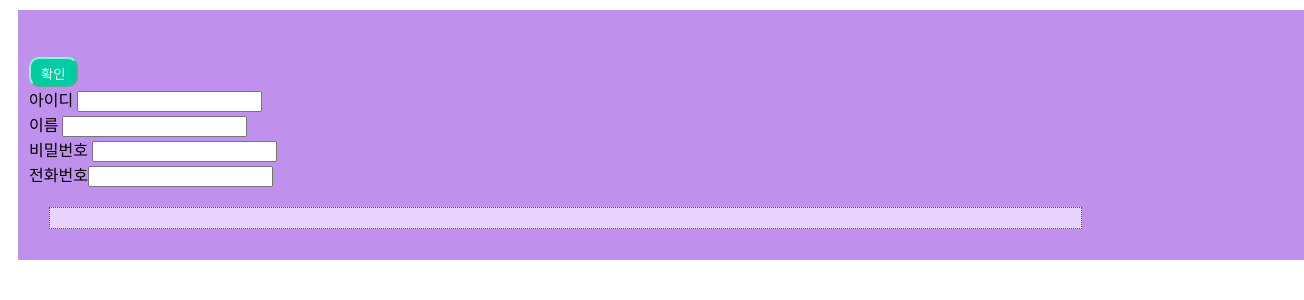
Repository: jinsoo115/jquery
Page: jqpro/WebContent/0201/ajax비동기통신.html
An editor plug-in stored every save of this project. The page is shown before and after the next save, followed by the edit.
The browser window is 1280 px wide. The page is 1304 px wide, so the pictures cover 1304 px, including what lies to the right of the window. The pictures show the whole page.

Above is the page before, as saved 2021-02-01 03:32:44.

After the next save:
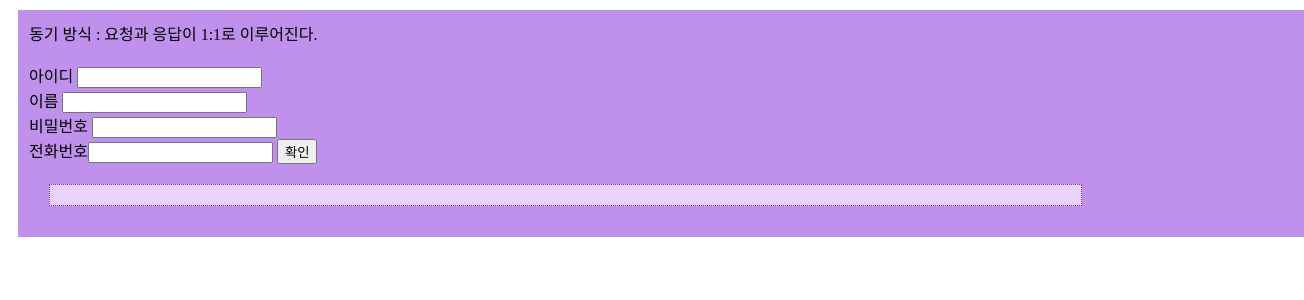
Saved 2 min 4 s later.
--- a/jqpro/WebContent/0201/ajax비동기통신.html
+++ b/jqpro/WebContent/0201/ajax비동기통신.html
@@ -15,15 +15,16 @@
 <body>
 
 <div class="box">
+동기 방식 : 요청과 응답이 1:1로 이루어진다.
 
 <br><br>
 
-<input type="button" value="확인">
 <form action="text.jsp" method="post">
     아이디 <input type="text" id="id" name="id"><br>
     이름 <input type="text" id="name" name="name"><br>
     비밀번호 <input type="password" id="pass" name="pass"><br>
     전화번호<input type="text" id="tel" name="tel">
+<input type="submit" value="확인">
 </form>
 <div id="result1"></div>
 </div>
